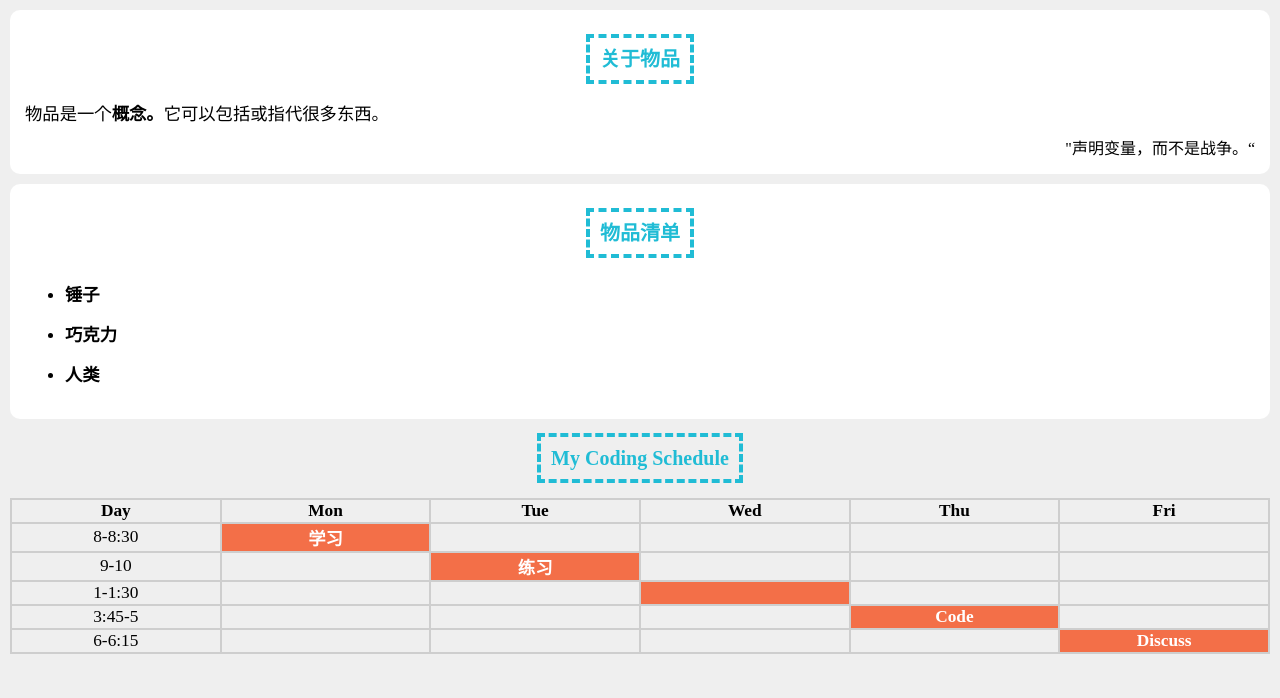
Repository: Yeyuehuke/Webstudy-Feidian
Page: 01-HTMLlearning/02-HTMLBasics/12-BlogProjectMySchedule.html
An editor plug-in stored every save of this project. The page is shown before and after the next save, followed by the edit.
The browser window is 1280 px wide. The pictures show the whole page.

Above is the page before, as saved 2020-05-17 15:15:10.

After the next save:
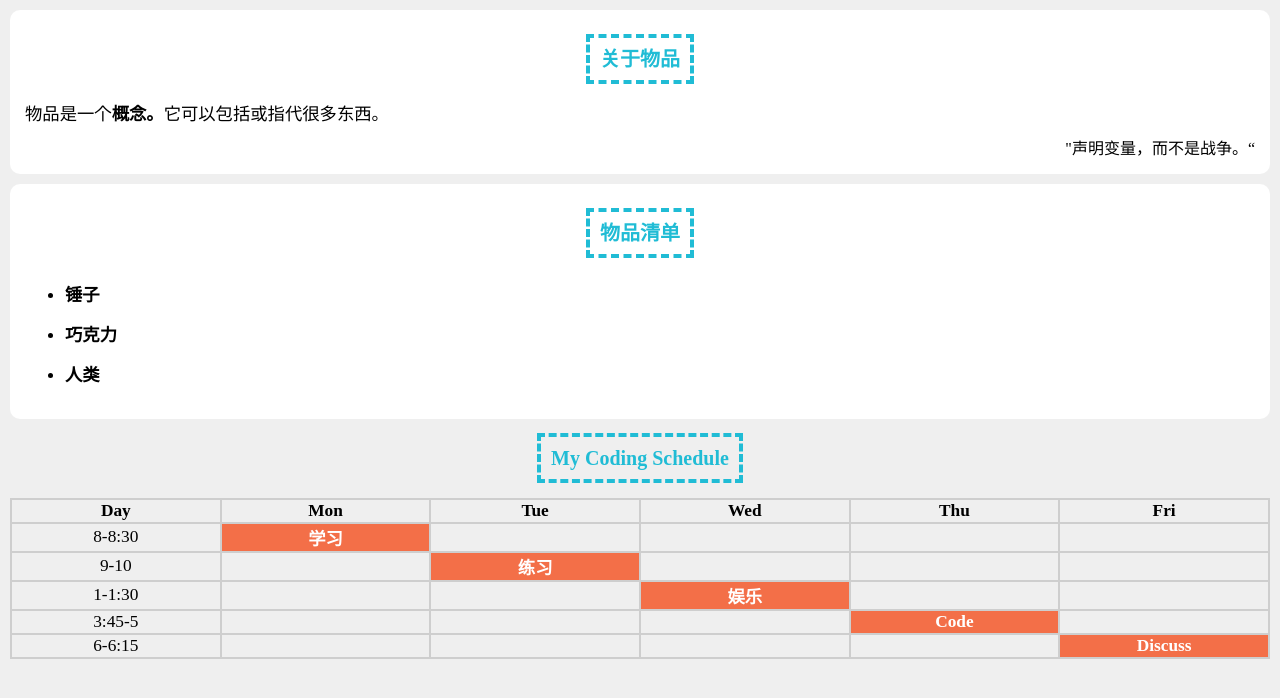
Saved 5 s later.
--- a/01-HTMLlearning/02-HTMLBasics/12-BlogProjectMySchedule.html
+++ b/01-HTMLlearning/02-HTMLBasics/12-BlogProjectMySchedule.html
@@ -50,7 +50,7 @@
               <td>1-1:30</td>
               <td></td>
               <td></td>
-              <td class="selected"></td>
+              <td class="selected">娱乐</td>
               <td></td>
               <td></td>
             </tr>
